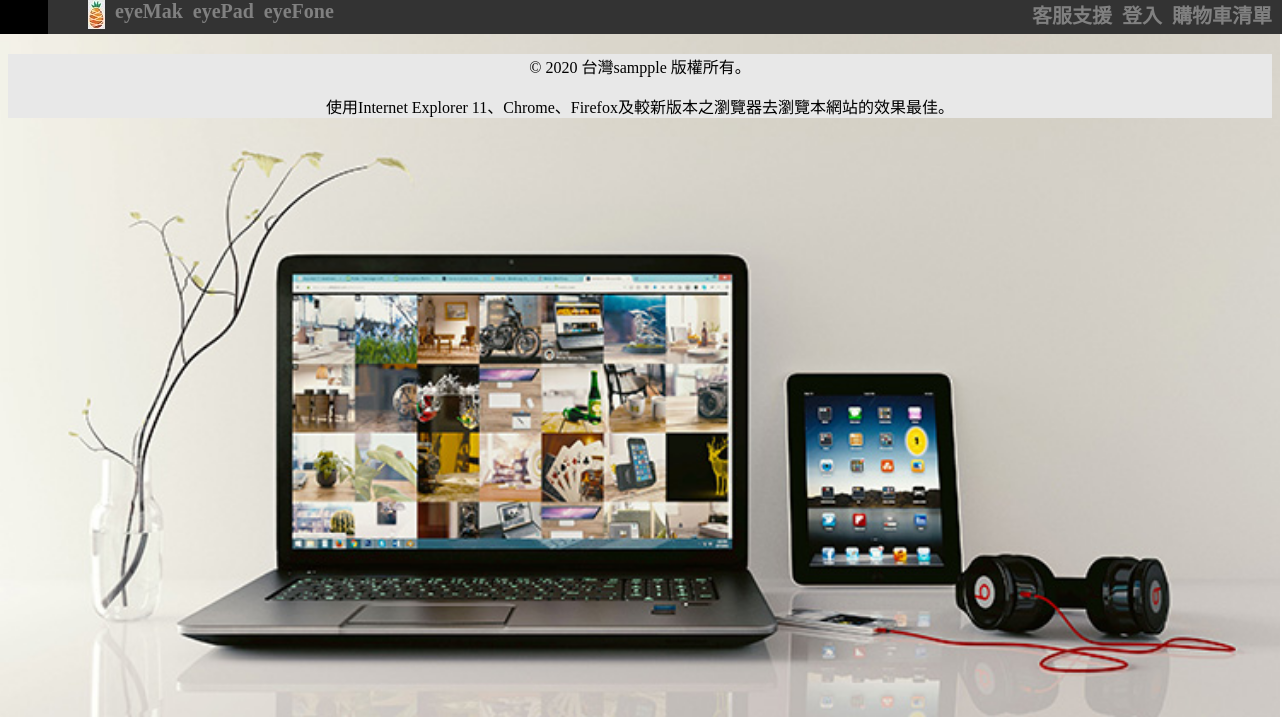
Repository: Vincent4142/NewFinalProject
Page: http://localhost/FinalProject/
An editor plug-in stored every save of this project. The page is shown before and after the next save, followed by the edit.
The browser window is 1280 px wide. The page is 1282 px wide, so the pictures cover 1282 px, including what lies to the right of the window. The pictures show the whole page.
The page is served by Tomcat 9.

Above is the page before, as saved 2020-04-09 06:11:24.

After the next save:
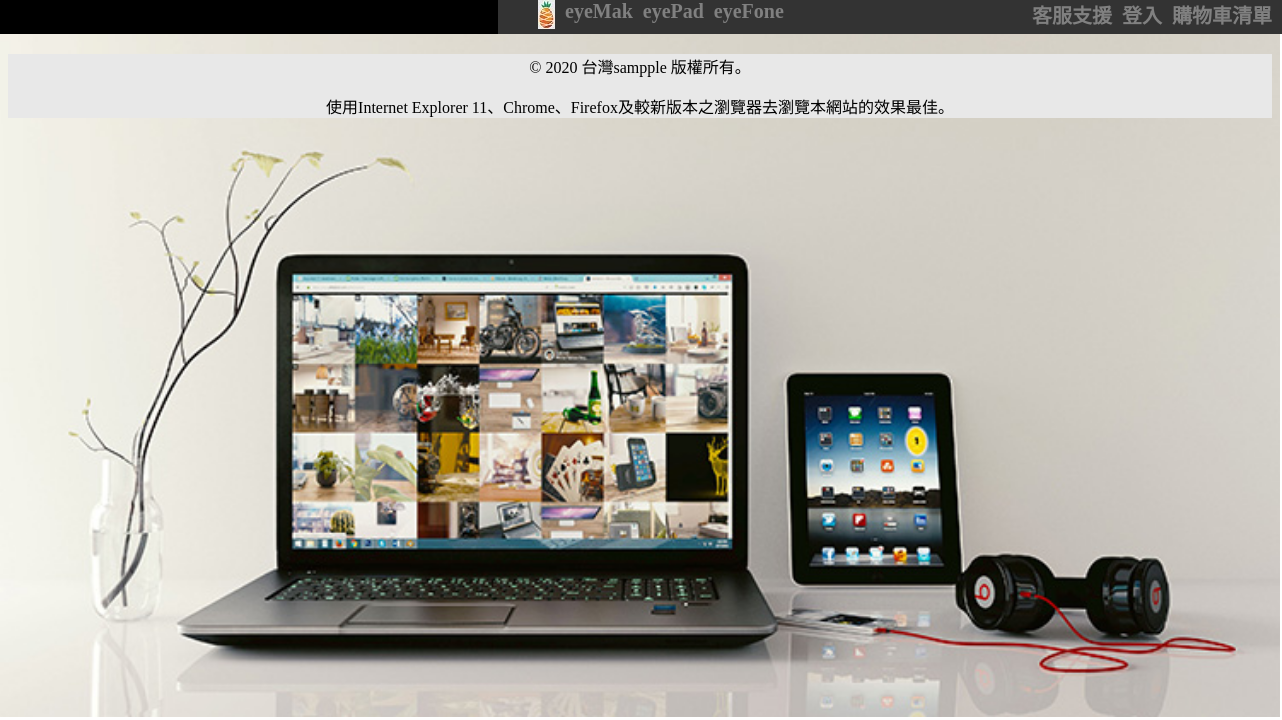
Saved 26 s later.
--- a/FinalProject/WebContent/fragment/indexTOP.jsp
+++ b/FinalProject/WebContent/fragment/indexTOP.jsp
@@ -8,7 +8,7 @@
 
 <style type="text/css">
 .nav {
-padding-left:50px;
+padding-left:500px;
 	margin-top: -20px;
 	margin-left: -10px;
 	margin-right: -10px;
